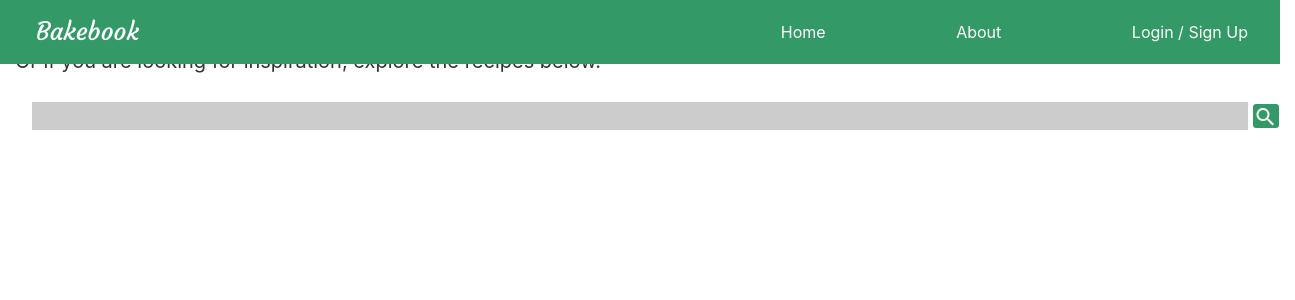
Repository: kmaaallen/bake_book
Page: templates/recipes.html
The author's editor kept a record of every edit. The page is drawn from the files as they stood at one moment, then again after the next edit.
The browser window is 1280 px wide. The page is 1295 px wide, then 1280 px, so the pictures cover 1295 px, including what lies to the right of the window. The pictures show the whole page.
Some web libraries are served in a nearby version. The template is drawn by Flask 3. The application's start-up code is not run. The template is opened directly, without the code that normally fills it, so the values that code supplies are empty.

Above is the page before.

After the next edit:
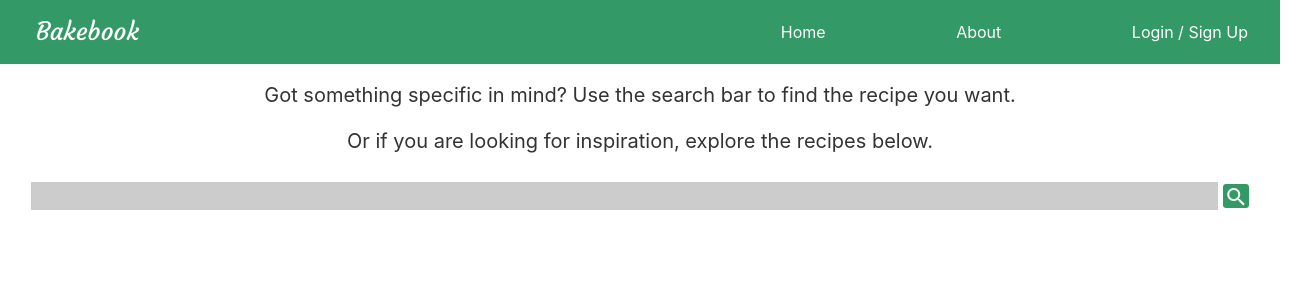
The edit:
--- a/templates/recipes.html
+++ b/templates/recipes.html
@@ -1,13 +1,8 @@
 {% extends 'base.html' %} {% block content %}
 
-<div class="row search-form">
-
+<div class="row search-form-top">
     <p class="home-page-header">Got something specific in mind? Use the search bar to find the recipe you want.</p>
-
-  <div>
     <p class="home-page-header">Or if you are looking for inspiration, explore the recipes below.</p>
-  </div>
-
   <form action="{{url_for('search_results', keywords=keywords)}}" class="search-form" method="POST">
     <div class="input-field">
       <input class="search-bar" id="keywords" type="search" name="keywords">
